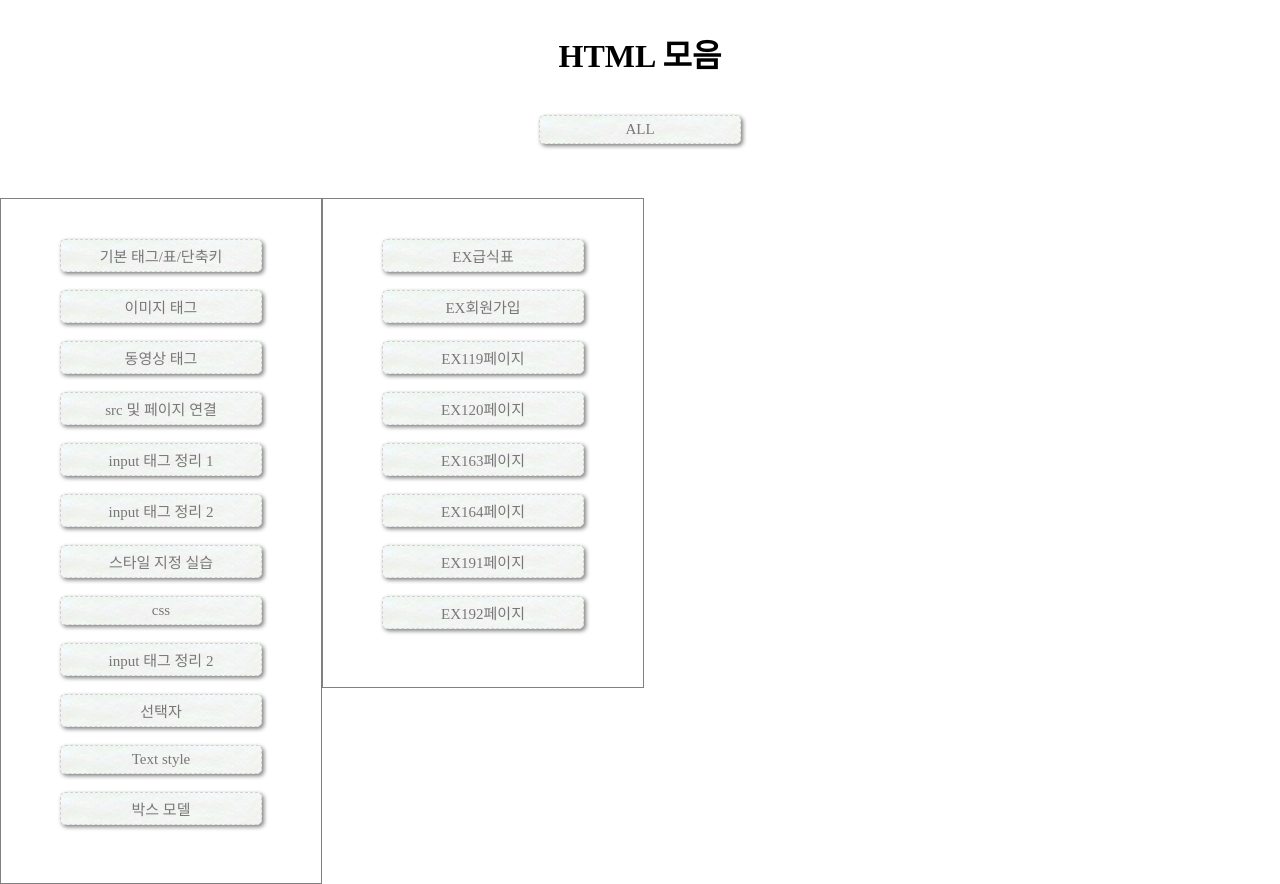
Repository: itkezi/HTML_2022_505
Page: Web/WebContent/HTML/ALL.html
The author's editor kept a copy of each file at every save. The page is drawn from the files as they stood at one save, then again after the next save.
The browser window is 1280 px wide. The pictures show the whole page.
Some web fonts or font styles are not loaded; a fallback is used.

Above is the page before, as saved 2022-03-25 07:40:35.

After the next save:
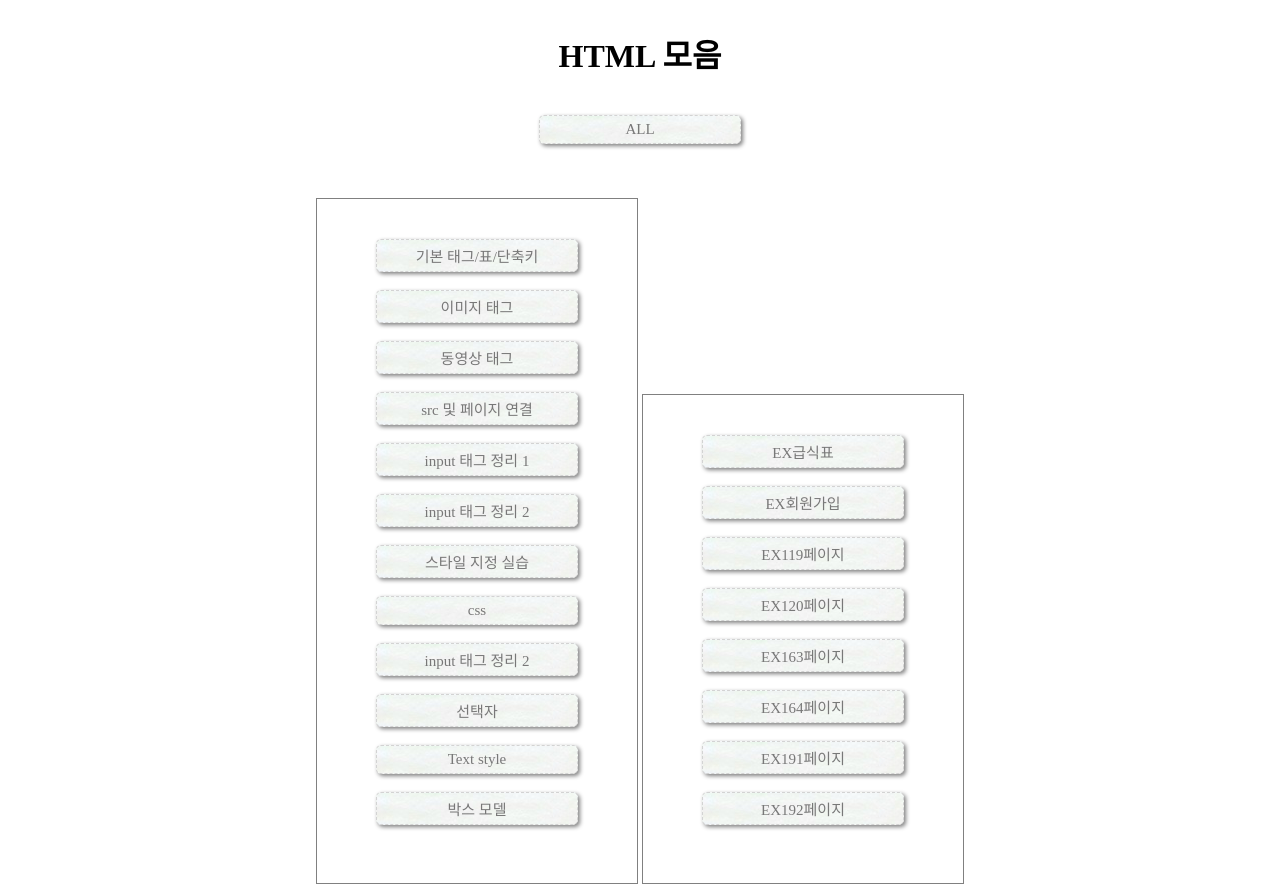
Saved 35 s later.
--- a/Web/WebContent/HTML/ALL.html
+++ b/Web/WebContent/HTML/ALL.html
@@ -10,7 +10,7 @@
 		padding: 40px 20px;
 		width: 280px;
 		border:1px solid gray;
-		float:left;
+		display:inline-block;
 
 	}
 

After the save that followed:
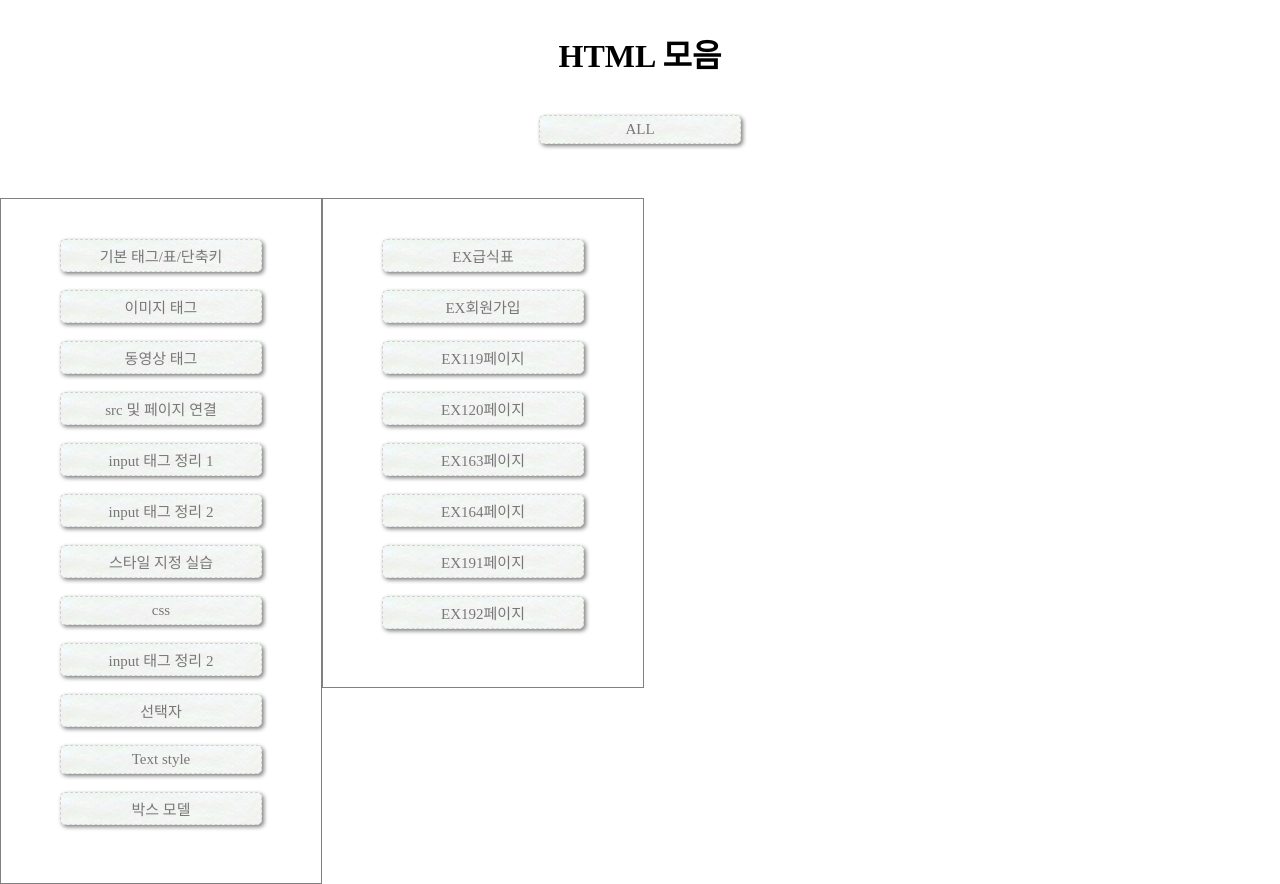
Saved 24 s later.
--- a/Web/WebContent/HTML/ALL.html
+++ b/Web/WebContent/HTML/ALL.html
@@ -11,6 +11,7 @@
 		width: 280px;
 		border:1px solid gray;
 		display:inline-block;
+		float:left;
 
 	}
 
